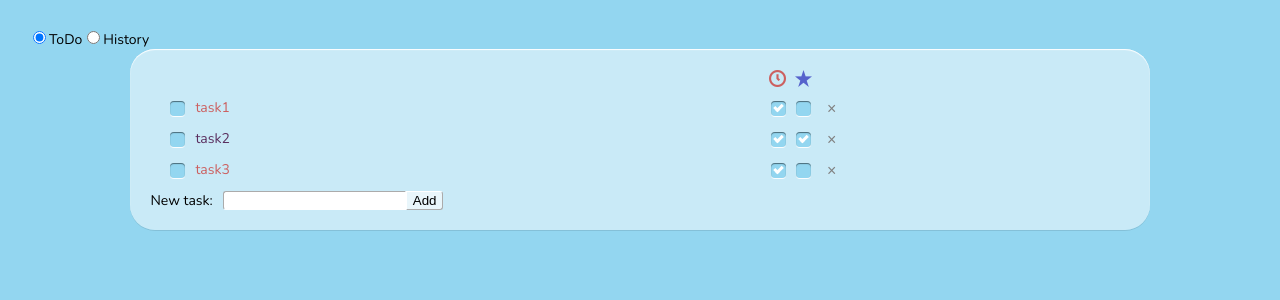
Repository: naurlaunim/toDoList
Page: /
An editor plug-in stored every save of this project. The page is shown before and after a run of saves, followed by the edit.
The browser window is 1280 px wide. The pictures show the whole page.
Some web fonts or font styles are not loaded; a fallback is used. The project was rebuilt for these pictures with package versions that can differ from the ones it lists, and the page was loaded fresh each time. Also part of the build but not shown: webpack.config.js.

Above is the page before, as saved 2018-03-01 13:50:27.

### public/index.html
<!DOCTYPE html>
<html lang="en">

<head>
  <meta charset="utf-8">
  <meta name="viewport" content="width=device-width, initial-scale=1, shrink-to-fit=no">
  <meta name="theme-color" content="#000000">
  <!--
      manifest.json provides metadata used when your web app is added to the
      homescreen on Android. See https://developers.google.com/web/fundamentals/engage-and-retain/web-app-manifest/
    -->
  <link rel="manifest" href="./manifest.json">
  <link rel="shortcut icon" href="./favicon.ico">
  <link href="https://fonts.googleapis.com/css?family=Aldrich|Nunito" rel="stylesheet">
  <link href="font/css/open-iconic.css" rel="stylesheet">
  <!--
      Notice the use of %PUBLIC_URL% in the tags above.
      It will be replaced with the URL of the `public` folder during the build.
      Only files inside the `public` folder can be referenced from the HTML.

      Unlike "/favicon.ico" or "favicon.ico", "%PUBLIC_URL%/favicon.ico" will
      work correctly both with client-side routing and a non-root public URL.
      Learn how to configure a non-root public URL by running `npm run build`.
    -->
  <title>React App</title>
</head>

<body>
  <noscript>
    You need to enable JavaScript to run this app.
  </noscript>
  <div id="root"></div>
  <script src="./bundle.app.js"></script>
  <!--
      This HTML file is a template.
      If you open it directly in the browser, you will see an empty page.

      You can add webfonts, meta tags, or analytics to this file.
      The build step will place the bundled scripts into the <body> tag.

      To begin the development, run `npm start` or `yarn start`.
      To create a production bundle, use `npm run build` or `yarn build`.
    -->
</body>

</html>

### src/index.js
import React from 'react';
import ReactDOM from 'react-dom';

import './scss/style.scss';

import App from './App';

ReactDOM.render(<App />, document.getElementById('root'));

### src/scss/style.scss
$background: hsl(197, 76%, 76%);

body {
	font-size: 14px; /* px means 'pixels': the base font size is now 10 pixels high  */
	font-family: 'Nunito', sans-serif;
	background-color: $background;
	padding: 20px 20px;
}
button {
	&:focus {
		outline: 0;
	}
}
.wrapper {
  // word-break: break-all;
	width: 80%;
	margin: 0 auto;
	background-color: rgba(255, 255, 255, 0.5);
	padding: 10px 20px 20px 20px;
  // border: 1px solid white;
	border-radius: 25px;
	box-shadow: inset 0px 1px 1px rgba(255,255,255,1), 0px 1px 0px rgba(0,0,0,0.1);
}
div.taskslist {
  // border: 1px solid white;
	margin-top: 10px;
	margin-bottom: 10px;
/*   margin-left: 10px; */
}
div.header {
  // border: 1px solid white;
	padding-left: 60%;
	margin-left: 30px;
}
.ur {
	color: #CC6060;
}
.im {
	color: #5663CC;
}
.ur.im {
	color: #5A2F5F;
}

div.row {
/*   margin - around, padding - inside */
  // height: 20px;
  // border: 1px solid white;
	margin-left: 10px;
	padding-left: 10px;
  // padding-top: 10px;
	margin-bottom: 10px;
	vertical-align: centred;
}
.status {
	float: left;
	display: inline-block;
/*   margin: 20px 0 0 20px ; */
}
div.task {
	display: inline-block;
	width: 60%;
/*   padding: 20px 20px 20px 20px; */
}
div.buttons {
	vertical-align: top;
	display: inline-block;
/*   padding: 20px ; */

}

.sortbutton{
	display: inline-block;
	position: relative;
	font-size: 17px;
	padding: 1px;
	padding-bottom: 4px;
/*   color: white; */
	background-color: transparent;
	border: none;
	width: 24px;
	height: 24px;
	cursor: pointer;
}
button.delete {
	background-color: transparent;
	border: none;
	cursor: pointer;
	font-family: 'Aldrich', sans-serif;
	font-size: 16px;
	color: grey;
/*   position: absolute; */
/*   right: 30%  */
}
input.newTask {
	margin: 0px 0px 0px 10px
}

.squaredThree {
  // float: left;
	display: inline-block;
	width: 20px;
	position: relative;
	margin-right: 5px;
  // margin: 10px auto;
  label {
    width: 15px;
    height: 15px;
    cursor: pointer;
    position: absolute;
    top: 3px;
    left: 0;
    background-color: $background;
    //background: linear-gradient(top, #222 0%, #45484d 100%);
    border-radius: 4px;
    box-shadow: inset 0px 1px 1px rgba(0,0,0,0.5), 0px 1px 0px rgba(255,255,255,.9);
    &:after {
      content: '';
      width: 6px;
      height: 3px;
      position: absolute;
      top: 3px;
      left: 3px;
      border: 3px solid white;
      border-top: none;
      border-right: none;
      background: transparent;
      opacity: 0;
      transform: rotate(-45deg);
    }
    &:hover::after {
      opacity: 0.3;
    }
  }
  input[type=checkbox] {
    visibility: hidden;
    &:checked + label:after {
      opacity: 1;
    }
  }
}

section {
	display: inline-block;
}

.oi {
	//color: gray;
	cursor: pointer;
}



.o1 {
	//transition: all ease 0.8s;
	transition-property: all;
	transition-duration: 8s;
	transition-timing-function: ease;
}
.o2 {
	opacity: 0.01;
	color: #150A18;
}

input[type=text] {
	border-top-left-radius: 3px;
	border-bottom-left-radius: 3px;
	border: 1px inset white;
	outline: none;
}
input[type=submit] {
	border-top-right-radius: 3px;
	border-bottom-right-radius: 3px;
	background-color: hsla(0, 2%, 100%, 0.60);
	border: 1px outset white;
	outline: none;
}

### src/App.js
import React, { Component } from 'react';

import { Header, Buttons, Status, Tabs } from "./components";
import { sortByPropertyName, names } from './utils';

class ToDoList extends Component {
	constructor(props) {
		super(props);

		const tasks = [
			{ 'text': 'task1', 'im': false, 'ur': true },
			{ 'text': 'task2', 'im': true, 'ur': true },
			{ 'text': 'task3', 'im': false, 'ur': true }
		];

		this.state = { value: '', tasks };
	}

	handleCheck = (event) => {
		const name = event.target.name.substring(0, event.target.name.length - 2);
		const type = event.target.value;
		const prevTask = this.state.tasks.find(t => t.text === name);
		const task = {
			...prevTask,
			[type]: !prevTask[type]
		}

		if (!task.im && !task.ur) {
			this.autodel(task);
		}

		const tasks = this.state.tasks.map(t => t.text === name ? task : t)

		this.setState({ tasks })
	}

	handleDelete = (e) => {
		this.delByName(e.target.name)
	}

	autodel = (task) => {
		task['o1'] = reasonList[Math.floor(Math.random() * 8)];

		setTimeout(() => {
			const newTask = this.state.tasks.find(t => t.text === task.text);
			if (newTask && !newTask.im && !newTask.ur) {
				this.delByName(task['text'])
			}
		}, 8000)
	}

	delByName = (name) => {
		const tasks = this.state.tasks.filter(task => task.text !== name);

		this.setState({ tasks })
	}

	handleChange = (event) => {
		this.setState({ value: event.target.value });
	}

	handleSubmit = (event) => {
		event.preventDefault();

		const { tasks } = this.state;
		const taskExists = tasks.filter(task => task.text === this.state.value).length !== 0;

		if (!taskExists && this.state.value.length !== 0) {
			this.setState({
				tasks: tasks.concat({
					'text': this.state.value,
					im: true,
					ur: false
				})
			})
		}
	}

	handleSort = (event) => {
		const tasks = this.state.tasks.sort(sortByPropertyName(event.target.id, (a, b) =>
			a === b ? 0 : b ? 1 : -1
		))

		this.setState({ tasks })
	}


	render() {
		return (
			<div>
				<Tabs />
				<div className='wrapper'>
					<div className='taskslist'>
						<Header handleSort={this.handleSort} />
						{
							this.state.tasks.map(task =>
								<div className='row' key={task.text.toString()} id={task.text.toString()}>
									<Status task={task} />
									<div className={names("task", task.ur && "ur", task.im && "im")}>
										{
											!task.ur && !task.im
												? (
													<div className='o1 o2'>
														<s>{task.text} </s>
														<div> <i>{task.o1} </i></div>
													</div>
												)
												: <div className='o1'> {task.text} </div>
										}
									</div>
									<Buttons task={task}
										handleCheck={this.handleCheck}
										handleDelete={this.handleDelete}
									/>
								</div>
							)
						}
					</div>

					<form onSubmit={this.handleSubmit}>
						<label>
							New task:
							<input type="text" value={this.state.value} onChange={this.handleChange} className='newTask' />
						</label>
						<input type="submit" value="Add" />
					</form>
				</div>
			</div>
		);
	}
}


const reasonList = ['Are you sure that you have so much time?', 'Life is too short for this.', 'Do you have no other things to spend your life on them?', 'If I were you, I\'d rather play games.', 'How about watching the new sitcom instead?', 'Can it is better just to sleep?', 'This is not the best idea.', 'You\'re already pretty busy.']


export default ToDoList;

### src/components.js
import React from 'react';

const IconButton = (props) => (
    <span id={props.id}
        className={`oi ${props.id} sortbutton`}
        data-glyph={props.glyph}
        title={props.title}
        aria-hidden="true"
        onClick={props.onClick}
    />
)


export const Header = ({ handleSort }) => (
    <div className='header'>
        <IconButton id="ur" glyph="clock" title = "sort by urgency" onClick={handleSort} />
        <IconButton id="im" glyph="star" title = "sort by importance" onClick={handleSort} />
    </div>
)


const Checkbox = ({ title, value, name, status, handleCheck }) => (
    <section title = {title}>
        <div className="squaredThree">
            <input type='checkbox'
                defaultChecked={status}
                id={name.toString() + value}
                value={value} name={name.toString() + value}
                onChange={handleCheck}
            />
            <label htmlFor={name.toString() + value} />
        </div>
    </section>
)

export const Buttons = ({ task, handleCheck, handleDelete }) => (
    <div className="buttons">
        <Checkbox title = "urgent" value="ur" name={task.text} status={task.ur} handleCheck={handleCheck} />
        <Checkbox title = "important" value="im" name={task.text} status={task.im} handleCheck={handleCheck} />

        <button className='delete'
            name={task.text.toString()}
            onClick={handleDelete}
            children="×"
        />
    </div>
)

export const Status = ({ task }) => (
    <div className="status">
        <Checkbox title = "done" value = "done" name = {task.text + 'done'}  status = {false} handleCheck = {() => {}} />
    </div>
)

export const Tabs = () => (
    <div className = 'tabs'>
		<input id="tab1" type="radio" name="tabs" defaultChecked = 'true' />
		<label for="tab1">ToDo</label>
		<input id="tab2" type="radio" name="tabs" />
  		<label for="tab2">History</label>
	</div>
)

### src/utils.js

export const sortByPropertyName = (name, compFn) => (a, b) => (
    compFn(a[name], b[name])
);

export const names = (...args) => args.filter(v => !!v).join(" ");

Loaded but not shown: public/font/css/open-iconic.css (common file)

After the next 2 saves:
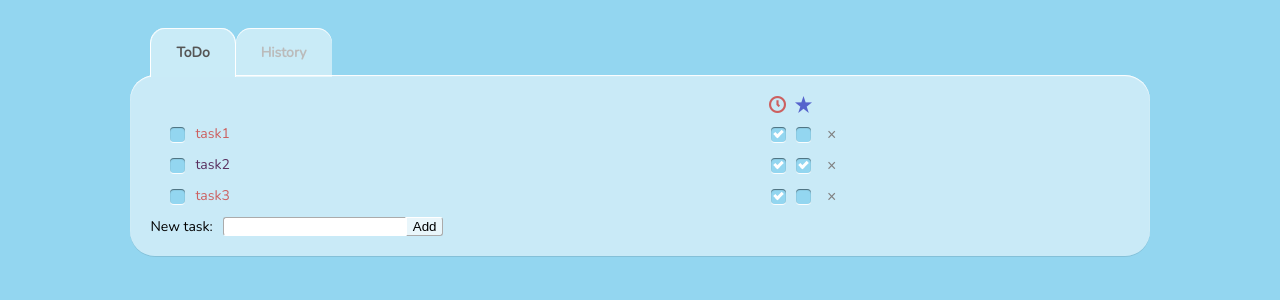
The 2 saves are shown as one change because 1 did not build or start.
The last was saved 2 min 46 s later.
--- a/src/scss/style.scss
+++ b/src/scss/style.scss
@@ -1,4 +1,5 @@
-$background: hsl(197, 76%, 76%);
+$background: #93D6F0;
+$wrapper: #c9ebf7;
 
 body {
 	font-size: 14px; /* px means 'pixels': the base font size is now 10 pixels high  */
@@ -20,6 +21,8 @@ button {
   // border: 1px solid white;
 	border-radius: 25px;
 	box-shadow: inset 0px 1px 1px rgba(255,255,255,1), 0px 1px 0px rgba(0,0,0,0.1);
+	position: relative;
+	z-index: 1;
 }
 div.taskslist {
   // border: 1px solid white;
@@ -175,3 +178,47 @@ input[type=submit] {
 	border: 1px outset white;
 	outline: none;
 }
+
+.tabs {
+	// background: white;
+	margin-left: 10%;
+	// border-bottom: 1px solid $background;
+	// border-radius: 25px;
+	// padding-left: 20px;
+
+	input[type=radio] {
+		display: none;
+	}
+	label {
+		position: relative;
+		display: inline-block;
+		margin: 0 0 -2px;
+		padding: 15px 25px;
+		font-weight: 600;
+		text-align: center;
+		color: #bbb;
+		// border: 1px solid white;
+		background-color: $wrapper;
+		border-top-right-radius: 15px;
+		border-top-left-radius: 15px;
+		box-shadow: inset  0px 1px 0px rgba(255,255,255,.9);
+		z-index: 0;
+	}
+
+
+	label:hover {
+		color: #888;
+		cursor: pointer;
+	}
+
+	input:checked + label {
+		color: #555;
+		// border: 1px solid #ddd;
+		// border-top: 2px solid orange;
+		border-right: 1px solid white;
+		border-left: 1px solid white;
+		z-index: 2;
+
+		// border-bottom: 1px solid transparent;
+	}
+}
